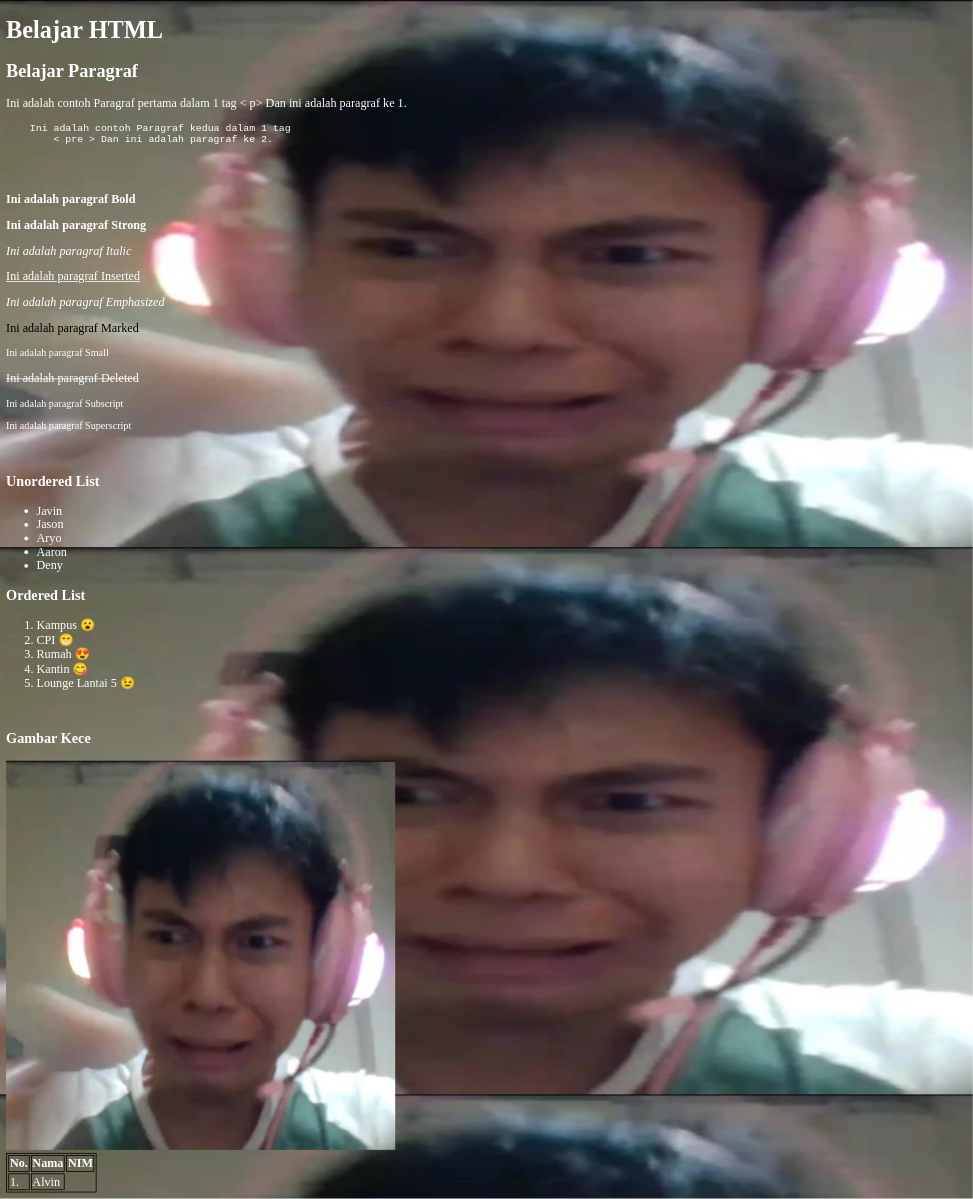
Repository: Gibekkk/WebPro
Page: Tugas HTML 1/index.html
An editor plug-in stored every save of this project. The page is shown before and after the next save, followed by the edit.
The browser window is 1280 px wide. The pictures show the whole page, at 76% of full size.
Backgrounds fixed to the window are drawn as part of the page.

Above is the page before, as saved 2024-03-25 10:32:03.

After the next save:
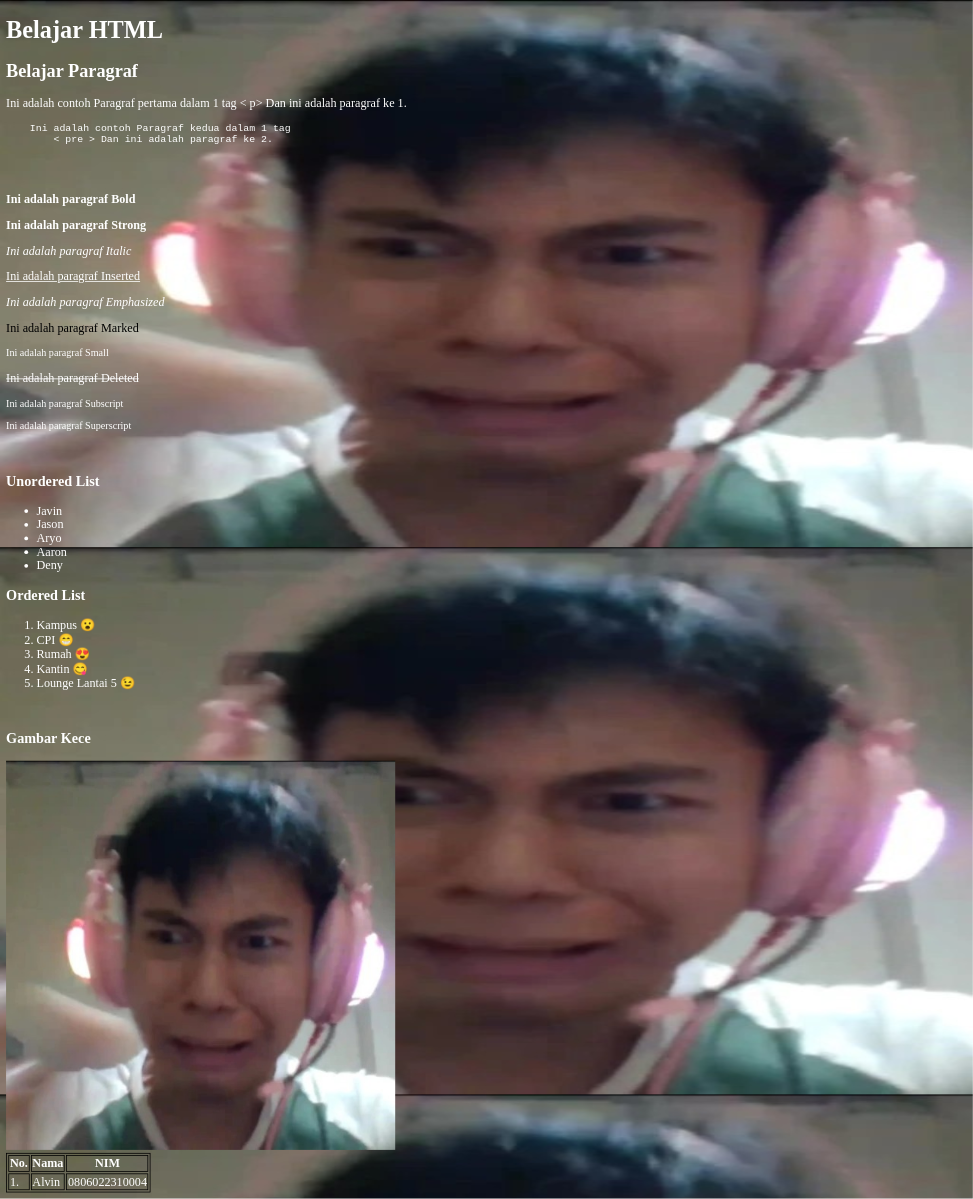
Saved 8 s later.
--- a/Tugas HTML 1/index.html
+++ b/Tugas HTML 1/index.html
@@ -88,6 +88,7 @@
         <tr>
             <td>1.</td>
             <td>Alvin</td>
+            <td>0806022310004</td>
         </tr>
     </table>
 </body>
